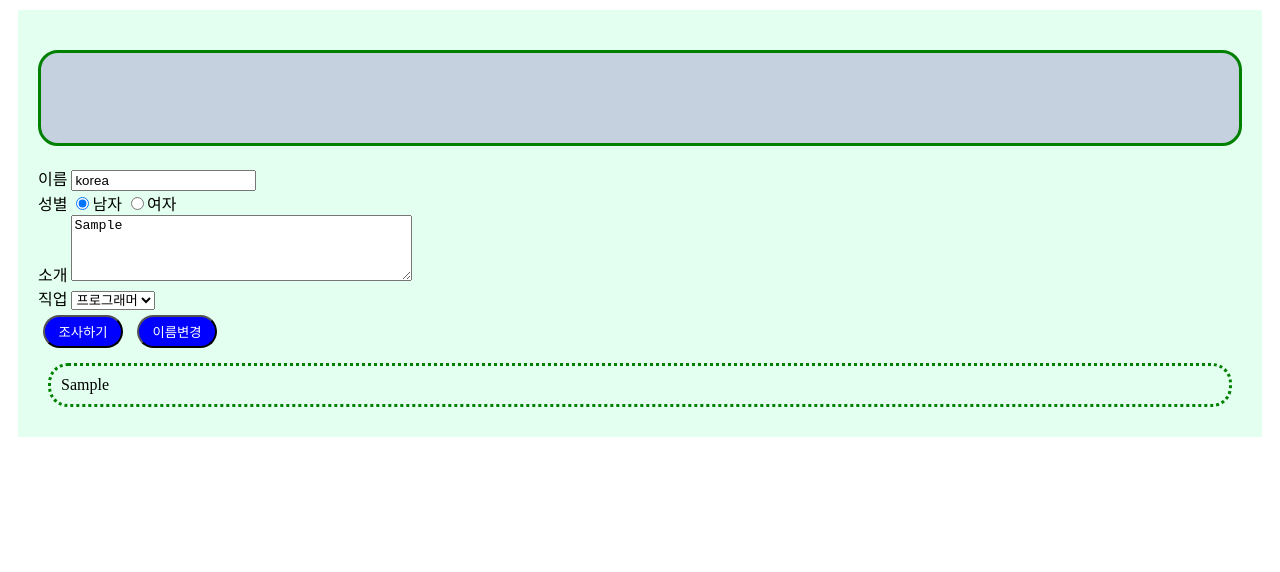
Repository: ypyp0205/jquery
Page: jqpro/WebContent/0213/form_val.html
These files come from the project's save history. The page is drawn as it stood at one moment and after the next save; the edit follows.
The browser window is 1280 px wide. The pictures show the whole page.
Empty fields were first filled with sample values (such as "Sample", 5 or name@example.com).
After loading, the first visible `#btnview` was clicked once.

Above is the page before, as saved 2020-02-13 05:46:47.

### jqpro/WebContent/0213/form_val.html
<!DOCTYPE html>
<html>
<head>
<meta charset="UTF-8">
<title>Insert title here</title>
<link rel="stylesheet" href="../CSS/mystyle.css">
<script src="../js/jquery-3.4.1.min.js" type="text/javascript"></script>

<script type="text/javascript">
	$(function(){

			$('#btnview').on('click', function(){


				str = "";
				str += "이름 : " + $('#user').val() + "<br>";
				str += "성별 : " + $('.gender').val() + "<br>";
				str += "소개 : <br>";

				intro = $('.intro').val();
				intro = intro.replace(/\r/g, "").replace(/\n/g, "<br>");

				str += intro + "<br>";
				str += "직업 : " + $('#work').val() + "<br>";

				$('#result1').html($('.intro').val());


			})

			$('#btnchange').on('click', function(){




			})

























	})
</script>
</head>
<body>

	<div class="box">

		<h2></h2>

		<pre>

		</pre>

<form>

 	<label for="user">이름</label>
	<input type="text" id="user" value="korea"><br>



    <label >성별</label>
    <input type="radio" class="gender" name="gend" value="남자" checked >남자
    <input type="radio" class="gender" name="gend" value="여자"  >여자<br>



    <label for="intro">소개</label>
    <textarea class="intro" cols="40" rows="4"></textarea> <br>


    <label for="work">직업</label>
    <select id="work">

    <option value="programmer">프로그래머</option>

    <option value="progammer">프로게이머</option>

    <option value="whitehand">백수</option>

    </select><br>

	<button type="button" id="btnview">조사하기 </button>

	<button type="button" id="btnchange">이름변경 </button>

</form>




		<div id="result1"></div>

	</div>
</body>
</html>

### jqpro/WebContent/CSS/mystyle.css
@CHARSET "UTF-8";

pre {
	height: auto;
	background: #efffef;
	border: 3px solid green;
	font-size: 20px;
	padding: 10px;
	border-radius: 20px;
}

.box {
	background: #e3ffef;
	margin: 10px;
	height: auto;
	padding: 20px;
}

.box div {
	border: 3px dotted green;
	height: auto;
	margin: 10px;
	padding: 10px;
	border-radius: 20px;
}

.box button {
	color: white;
	background: blue;
	padding: 5px;
	margin: 5px;
	width: 80px;
	border-radius: 40px;
}

.box pre {
	padding: 15px;
	color: blue;
	background: rgb(197, 209, 222);
	line-height: 1.5em;
	font-weight: bold;
	}

Loaded but not shown: jqpro/WebContent/js/jquery-3.4.1.min.js (library)

After the next save:
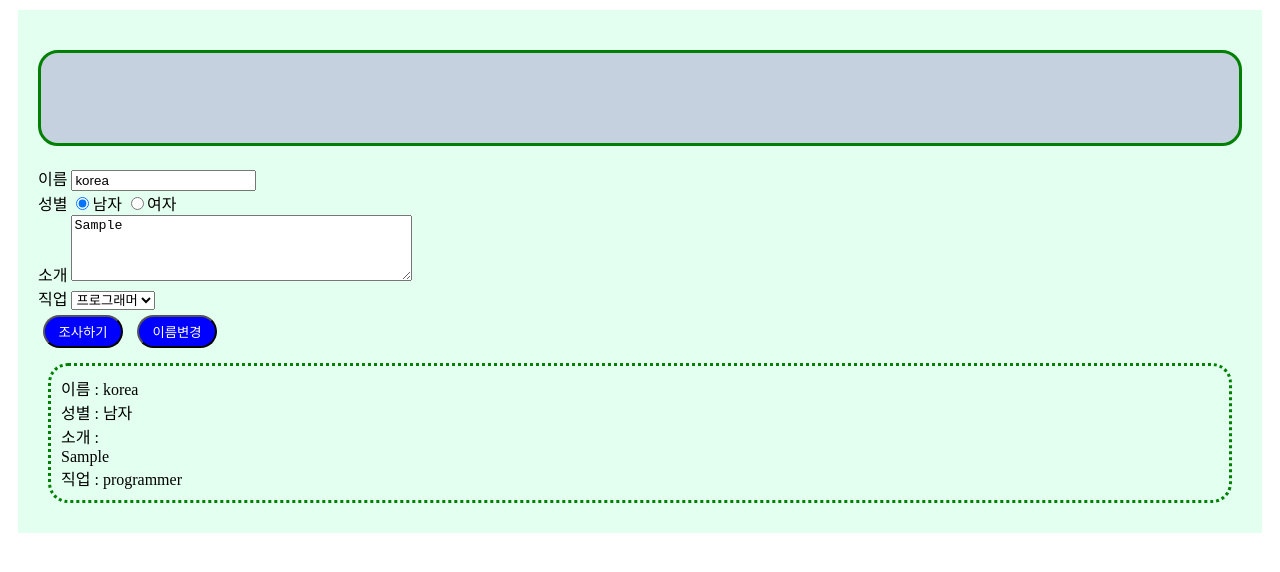
Saved 2 min 19 s later.
--- a/jqpro/WebContent/0213/form_val.html
+++ b/jqpro/WebContent/0213/form_val.html
@@ -23,7 +23,7 @@
 				str += intro + "<br>";
 				str += "직업 : " + $('#work').val() + "<br>";
 
-				$('#result1').html($('.intro').val());
+				$('#result1').html(str);
 
 
 			})
